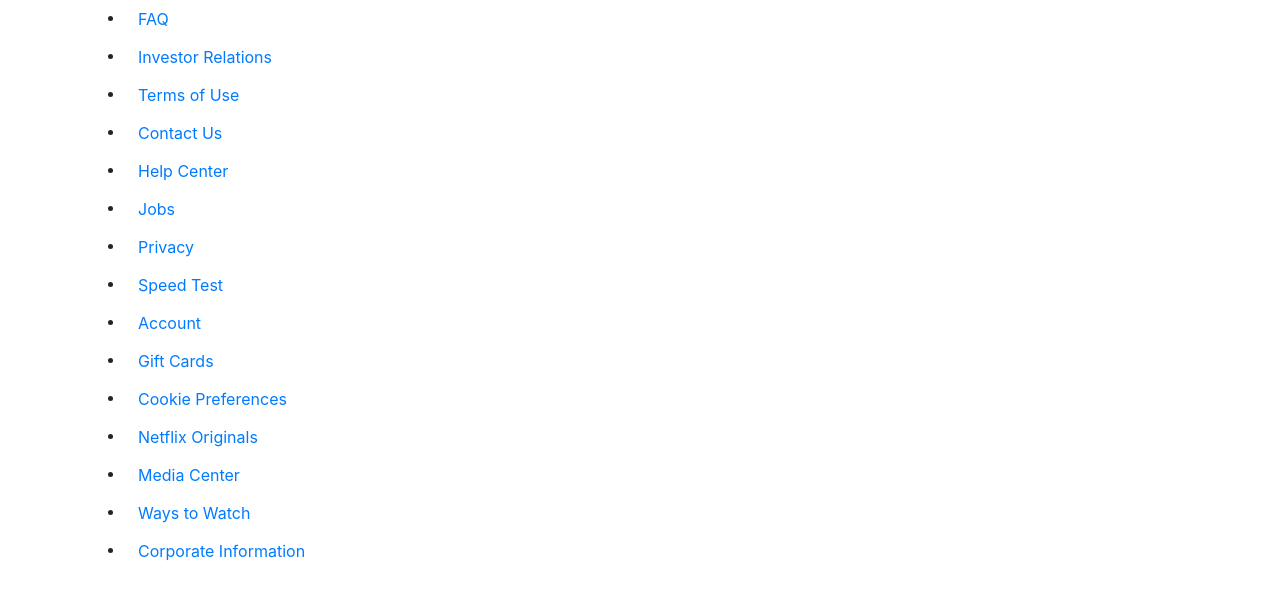
Repository: bharath309/backup
Page: http://localhost/netflix-operation/footerNetflix.jsp
The author's editor kept a copy of each file at every save. The page is drawn from the files as they stood at one save, then again after the next save.
The browser window is 1280 px wide. The pictures show the whole page.
The page is served by Tomcat 9.

Above is the page before, as saved 2018-03-05 22:37:37.

### netflix-operation/src/main/webapp/footerNetflix.jsp
<%@ page language="java" contentType="text/html; charset=ISO-8859-1"
	pageEncoding="ISO-8859-1"%>
<!DOCTYPE html PUBLIC "-//W3C//DTD HTML 4.01 Transitional//EN" "http://www.w3.org/TR/html4/loose.dtd">
<html>
<head>
<meta http-equiv="Content-Type" content="text/html; charset=ISO-8859-1">
<title>Bootstrap 4 Example</title>
<meta name="viewport" content="width=device-width, initial-scale=1">
<link rel="stylesheet"
	href="https://maxcdn.bootstrapcdn.com/bootstrap/4.0.0/css/bootstrap.min.css">
<script
	src="https://ajax.googleapis.com/ajax/libs/jquery/3.3.1/jquery.min.js"></script>
<script
	src="https://maxcdn.bootstrapcdn.com/bootstrap/4.0.0/js/bootstrap.min.js"></script>
</head>
<body>
	<div class="container">

	<ul class="link-structural">
			<li><button type="button" class="btn btn-link">FAQ</button></li>
				<li><button type="button" class="btn btn-link">Investor Relations</button></li>
				<li><button type="button" class="btn btn-link">Terms of Use</button></li>
				<li><button type="button" class="btn btn-link">Contact Us</button></li>
				<li><button type="button" class="btn btn-link">Help Center</button></li>
				<li><button type="button" class="btn btn-link">Jobs</button></li>
				<li><button type="button" class="btn btn-link">Privacy</button></li>
				<li><button type="button" class="btn btn-link">Speed Test</button></li>
				<li><button type="button" class="btn btn-link">Account</button></li>
				<li><button type="button" class="btn btn-link">Gift Cards</button></li>
				<li><button type="button" class="btn btn-link">Cookie Preferences</button></li>
				<li><button type="button" class="btn btn-link">Netflix Originals</button></li>
				<li><button type="button" class="btn btn-link">Media Center</button></li>
				<li><button type="button" class="btn btn-link">Ways to Watch</button></li>
				<li><button type="button" class="btn btn-link">Corporate Information</button></li>
			</ul>
		</div>


</body>
</html>

After the next save:
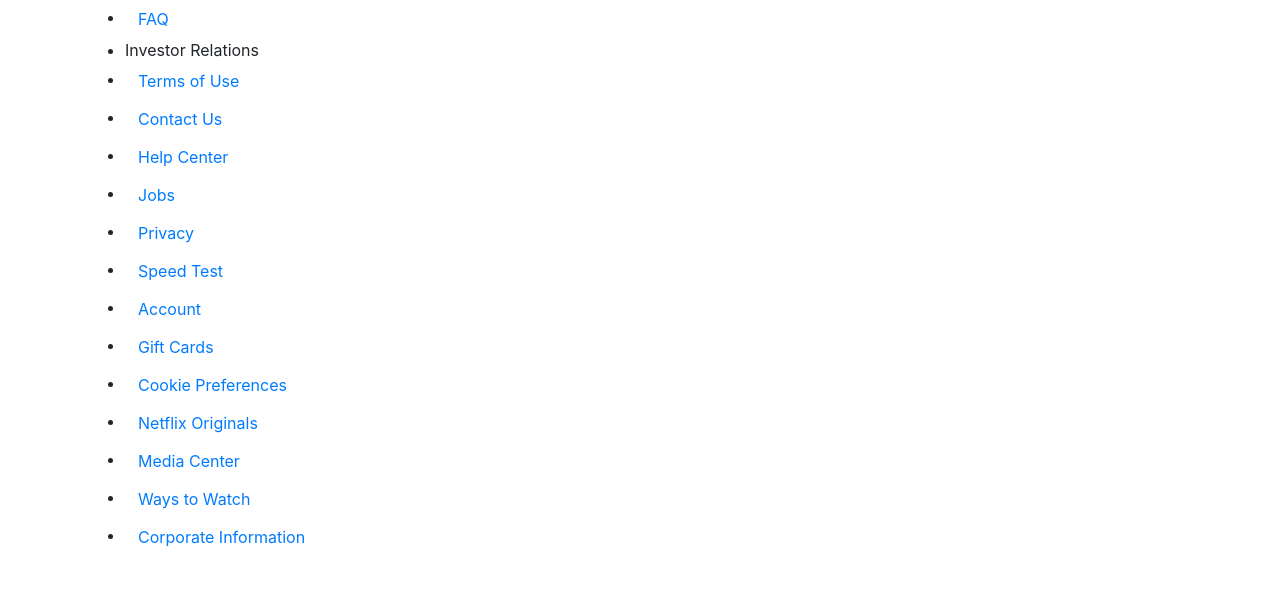
Saved 101 s later.
--- a/netflix-operation/src/main/webapp/footerNetflix.jsp
+++ b/netflix-operation/src/main/webapp/footerNetflix.jsp
@@ -18,7 +18,7 @@
 
 	<ul class="link-structural">
 			<li><button type="button" class="btn btn-link">FAQ</button></li>
-				<li><button type="button" class="btn btn-link">Investor Relations</button></li>
+				<li class="link-item"><a>Investor Relations</a></button></li>
 				<li><button type="button" class="btn btn-link">Terms of Use</button></li>
 				<li><button type="button" class="btn btn-link">Contact Us</button></li>
 				<li><button type="button" class="btn btn-link">Help Center</button></li>
